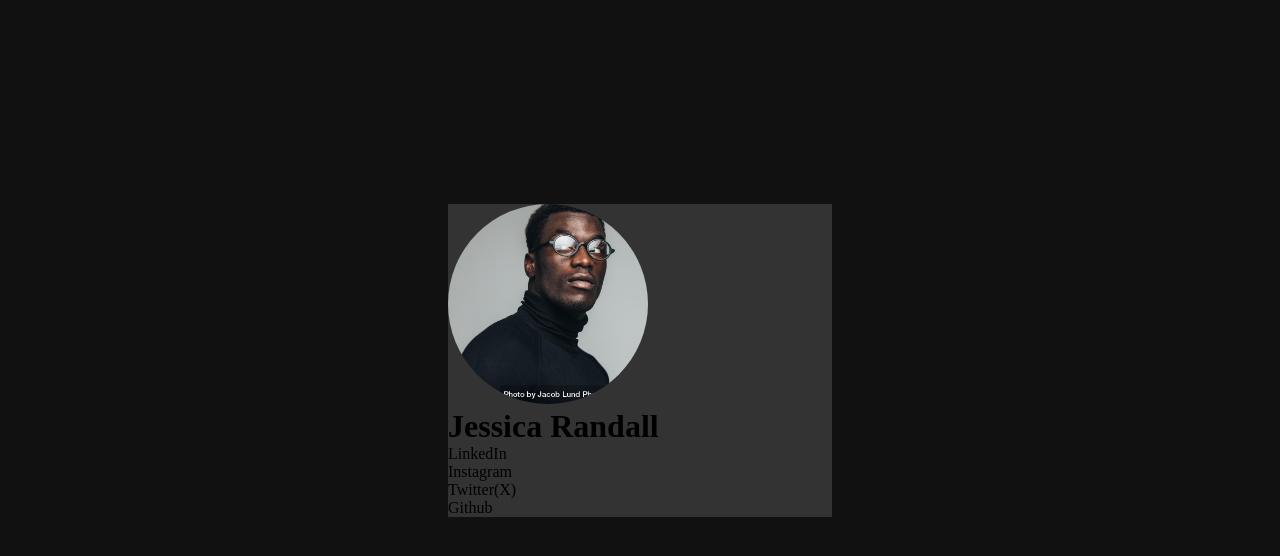
Repository: russel-success/Xcode-TASK-1
Page: index.html
An editor plug-in stored every save of this project. The page is shown before and after the next save, followed by the edit.
The browser window is 1280 px wide. The pictures show the whole page.

Above is the page before, as saved 2024-04-29 01:06:37.

### index.html
<!DOCTYPE html>
<html lang="en">
<head>
    <meta charset="UTF-8">
    <meta name="viewport" content="width=device-width, initial-scale=1.0">
    <title>Profile Card</title>
    <link rel="stylesheet" href="styles/styles.css">
</head>
<body>
    <div class="container">
        <div class="profile-container flex">
           <img src="assets/np_Man staring away on gray background_0VPZY4_free.jpg" alt="" class="profile-image">
            <h1>Jessica Randall</h1>
            <div class="socials">
                <text>LinkedIn</text>
            </div>
            <div class="socials">
                <text>Instagram</text>
            </div>
            <div class="socials">
                <text>Twitter(X)</text>
            </div>
            <div class="socials">
                <text>Github</text>
            </div>
        </div>
    </div>
</body>
</html>

### styles/styles.css
*{
    padding:0;
    margin:0;
}
.container{
    width:100%;
    height:100vh;
    background-color:#111;
    display:flex;
    align-items:center;
    justify-content: center;
}
.profile-container{
    background-color:#333;
    width:30%;
    background-size: contain;
    box-sizing:border-box;
    displ
}

.profile-image{
    object-fit:cover;
    width:200px;
    height:200px;
    border-radius:50%;
}

After the next save:
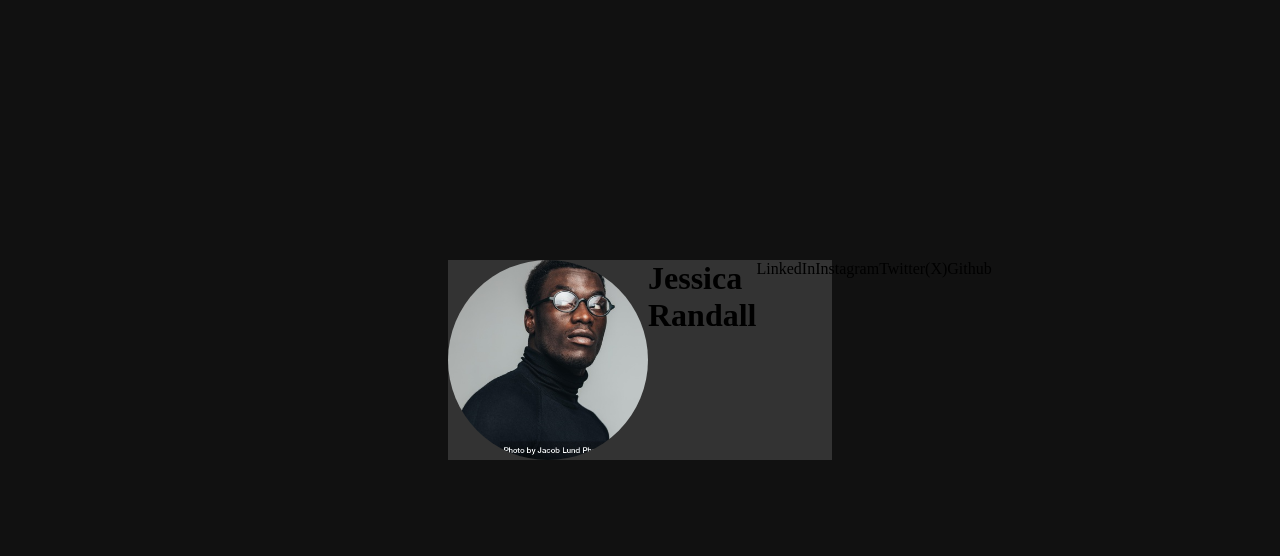
Saved 16 s later.
--- a/styles/styles.css
+++ b/styles/styles.css
@@ -15,7 +15,8 @@
     width:30%;
     background-size: contain;
     box-sizing:border-box;
-    displ
+    display:flex;
+    align-items
 }
 
 .profile-image{
